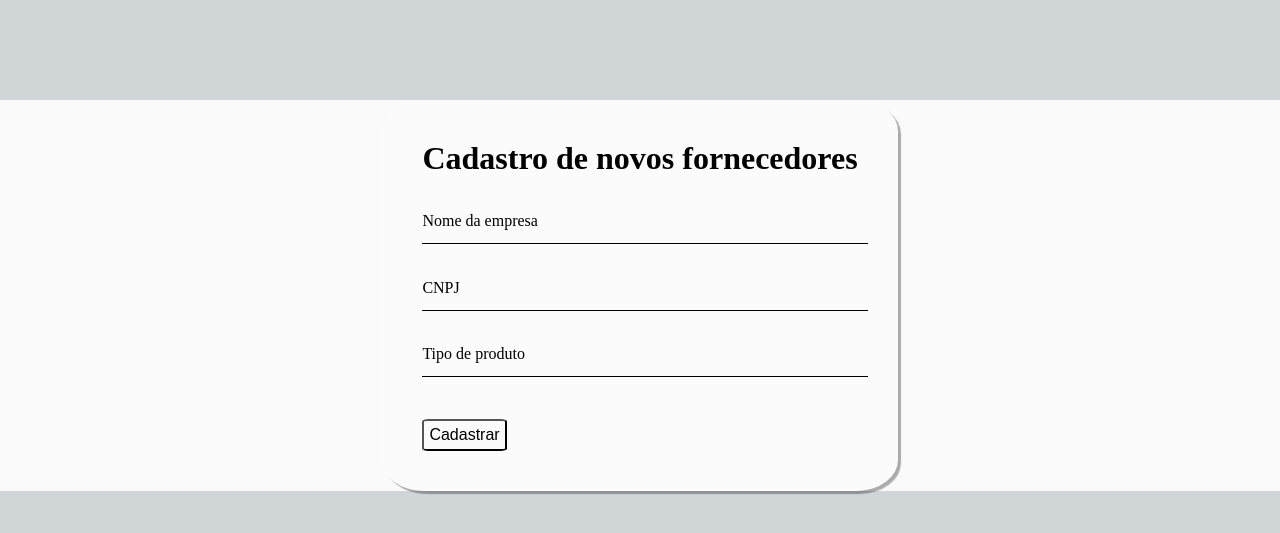
Repository: crisholiveira/speedlog
Page: http://localhost/cadastroDeFornecedor/
The author's editor kept a copy of each file at every save. The page is drawn from the files as they stood at one save, then again after the next save.
The browser window is 1280 px wide. The pictures show the whole page.
The page is served by the project's Node server (app.js).

Above is the page before, as saved 2022-01-16 16:33:02.

After the next save:
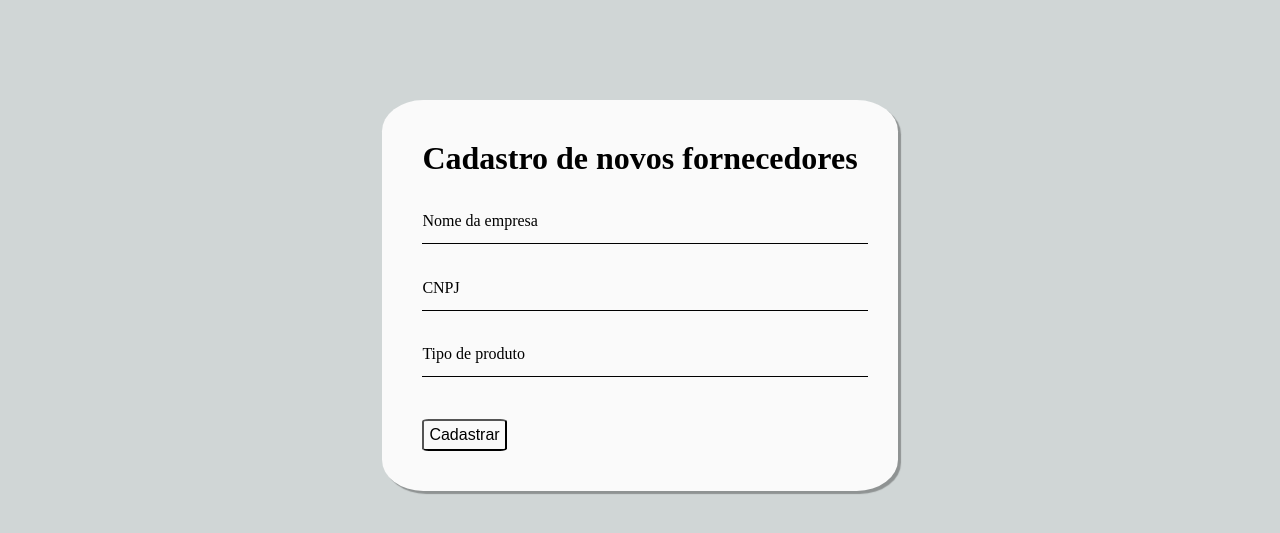
Saved 69 s later.
--- a/public/stylesheets/cadFornecedor.css
+++ b/public/stylesheets/cadFornecedor.css
@@ -13,7 +13,6 @@ body{ /*
 }
 
 .container{
-    background-color: rgb(250, 250, 250);
     display: flex;
     justify-content: center;
     width: 100%;
@@ -21,7 +20,7 @@ body{ /*
 }
 
 .card{
-    background-color: #ffffff30;
+    background-color: rgb(250, 250, 250);
     padding: 40px;
     border-radius: 8%;
     box-shadow: 3px 3px 1px 0 #00000050;
